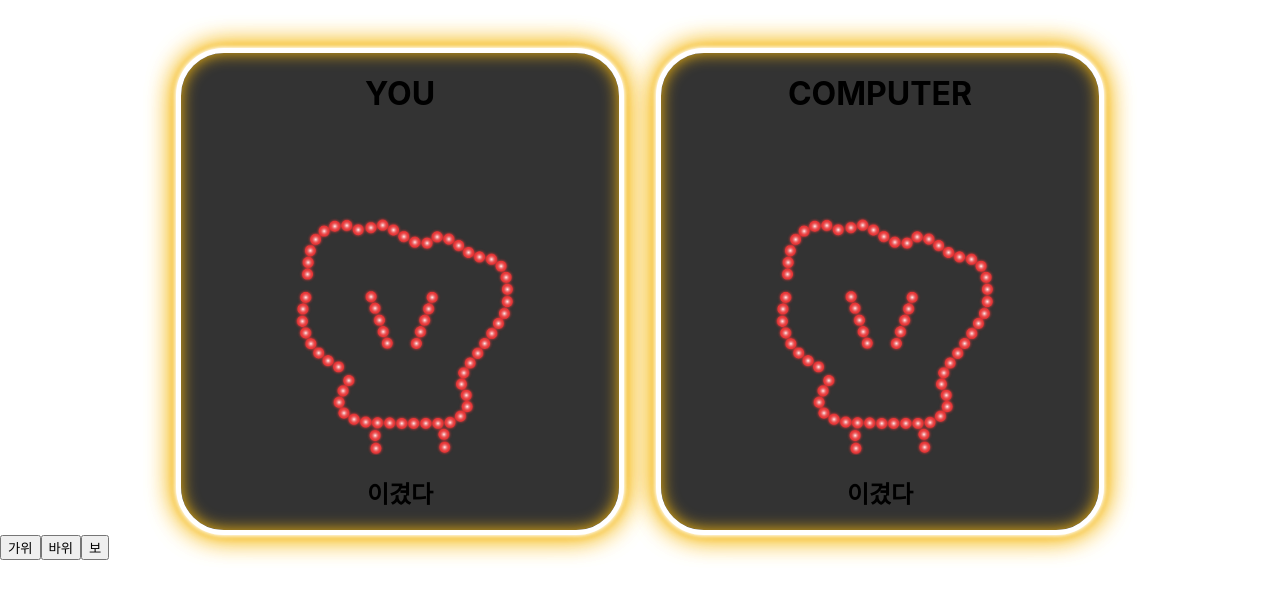
Repository: KIMMIHYE12/classComponent
Page: /
These files come from the project's save history. The page is drawn as it stood at one moment and after the next save; the edit follows.
The browser window is 1280 px wide. The pictures show the whole page.
The project was rebuilt for these pictures with package versions that can differ from the ones it lists, and the page was loaded fresh each time.

Above is the page before, as saved 2024-03-18 21:00:46.

### src/App.js
import "./App.css";
import { Box } from "./component/Box";

function App() {
  return (
    <div className='content'>
      <div className='game_screen'>
        <Box title='YOU' />
        <Box title='COMPUTER' />
      </div>
      <div>
        <button>가위</button>
        <button>바위</button>
        <button>보</button>
      </div>
    </div>
  );
}

export default App;

### src/App.css
* {
  box-sizing: border-box;
}

.content {
  padding: 3em 0;
}
.game_screen {
  width: 100%;
  display: flex;
  justify-content: center;
}
.box {
  width: 35%;
  display: flex;
  align-items: center;
  flex-direction: column;
  margin: 0 1em;
  border: 5px solid #fff;
  background: #333;
  border-radius: 3rem;
  box-shadow: 0 0 5px #fff, 0 0 5px #fff, 0 0 28px #f5b70c, 0 0 8px #f5b70c,
    0 0 28px #f5b70c, inset 0 0 16px #f5b70c;
}
img {
  width: 70%;
}

### src/component/Box.js
import React from "react";

export const Box = (props) => {
  console.log(props);
  return (
    <div className='box'>
      <h1>{props.title}</h1>
      <img src='/images/rock.png' />
      <h2>이겼다</h2>
    </div>
  );
};

Loaded but not shown: public/index.html (common file); src/index.js (common file); src/index.css (common file); src/reportWebVitals.js (common file)

After the next save:
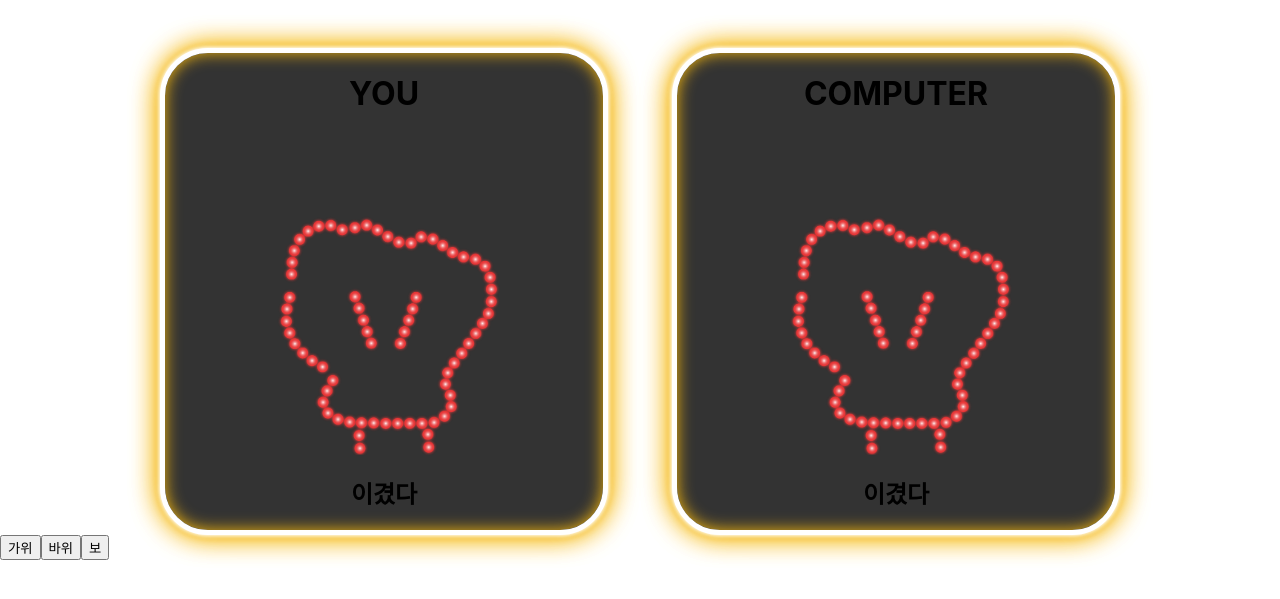
Saved 7 s later.
--- a/src/App.css
+++ b/src/App.css
@@ -15,7 +15,7 @@
   display: flex;
   align-items: center;
   flex-direction: column;
-  margin: 0 1em;
+  margin: 0 2em;
   border: 5px solid #fff;
   background: #333;
   border-radius: 3rem;
